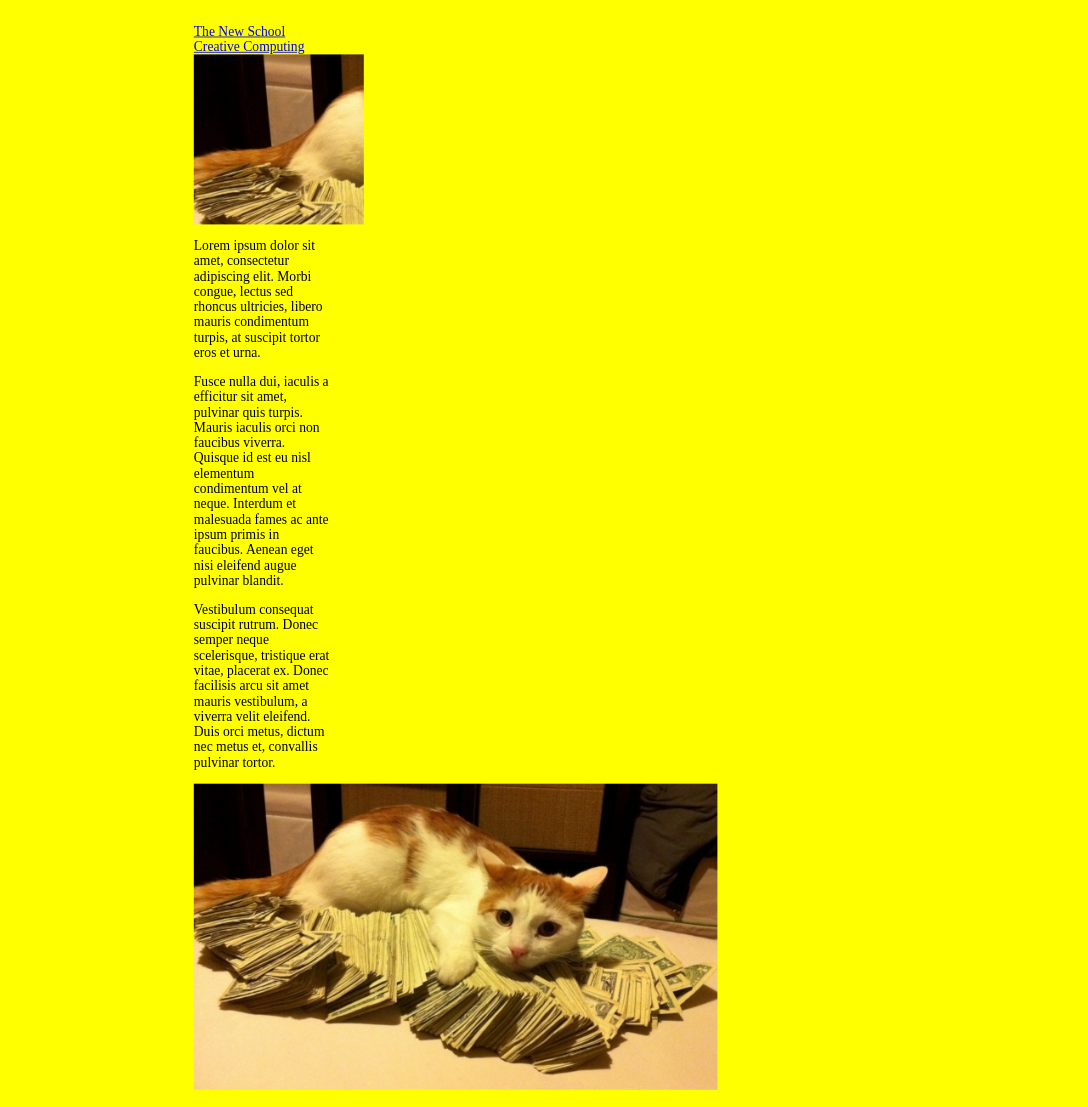
Repository: Djiun/djiun.github.io
Page: index.html
The author's editor kept a record of every edit. The page is drawn from the files as they stood at one moment, then again after the next edit.
The browser window is 1280 px wide. The pictures show the whole page, at 85% of full size.

Above is the page before.

### index.html
<html>
	<head>
		<title>Hello, world.</title>
		<link href="column.css" rel="stylesheet">
	</head>

	<body>

	<div class="wrapper">
		<div class= "column".


		</div>

	<a href="http://newschool.edu">The New School</a>

	<a href="http://creativecomputing.me">Creative Computing</a>

	<div class="one">


	</div>
	<div class="sprite"></div>

		<p>Lorem ipsum dolor sit amet, consectetur adipiscing elit. Morbi congue, lectus sed rhoncus ultricies, libero mauris condimentum turpis, at suscipit tortor eros et urna. </p>
		<p class="paragraph2">Fusce nulla dui, iaculis a efficitur sit amet, pulvinar quis turpis. Mauris iaculis orci non faucibus viverra. Quisque id est eu nisl elementum condimentum vel at neque. Interdum et malesuada fames ac ante ipsum primis in faucibus. Aenean eget nisi eleifend augue pulvinar blandit.</p>
		<p>Vestibulum consequat suscipit rutrum. Donec semper neque scelerisque, tristique erat vitae, placerat ex. Donec facilisis arcu sit amet mauris vestibulum, a viverra velit eleifend. Duis orci metus, dictum nec metus et, convallis pulvinar tortor. </p>

		<img src="cashcat.jpg">
	</body>
</html>

### column.css
body {
        background-color: yellow;
}

.canvas {
    width: 300px;
    height: 600px;
    background-color: black;
}

.box {
    width: 20px;
    height: 100px;
    background-color: yellow;
    position: absolute;
    top: 40px;
    right: 20px;
}

.circle {
    width: 100px;
    height: 100px;
    border-radius: 100%;
    background-color: red;
    position: absolute;
    top: 100px;
    left: 200px;
}

.sprite {
        width: 200px;
        height: 200px;
        background-image: url(cashcat.jpg);
        background-repeat: no-repeat;
        display: block;
        text-indent: 100%;
        white-space: nowrap;
}

.sprite:hover {
        background-position: -200px 0;
}

.sprite:active {
        background-position: -400px;
}

.wrapper {
        width: 400px;
}

.column {
    width: 160px;
    padding: 20px;
    float: right;
}

After the next edit:
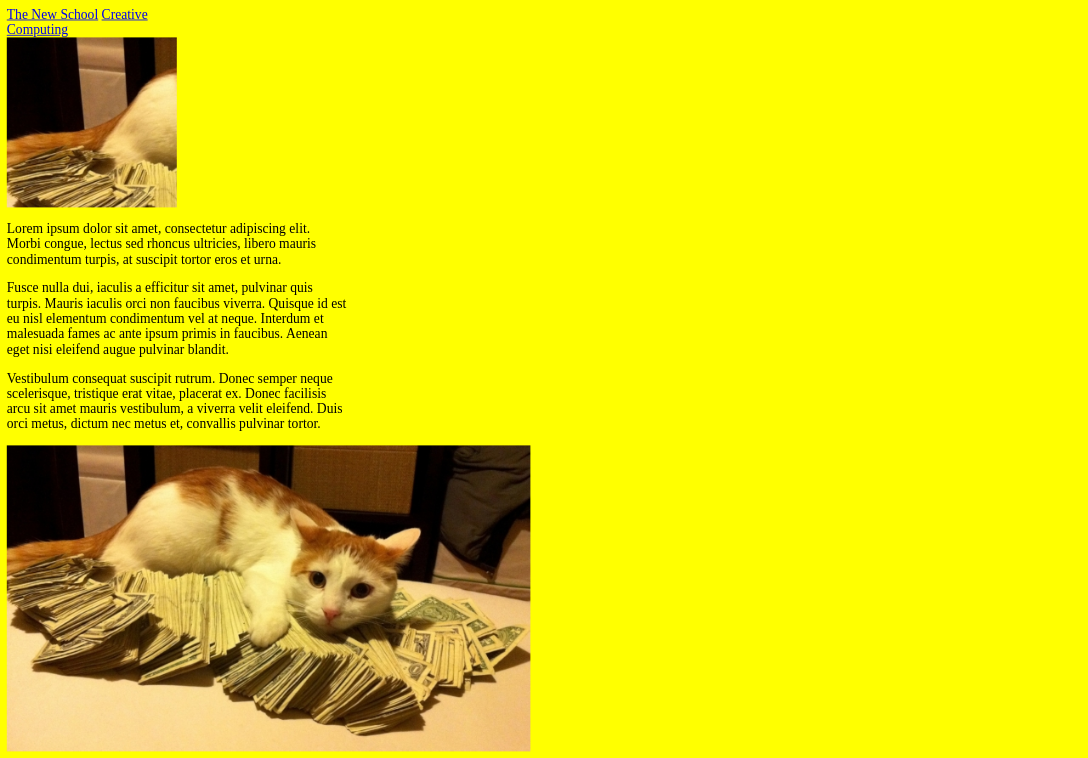
The edit:
--- a/index.html
+++ b/index.html
@@ -6,8 +6,8 @@
 
 	<body>
 
-	<div class="wrapper">
-		<div class= "column".
+<div class="wrapper">
+		<div class= "column">
 
 
 		</div>

After the edit that followed:
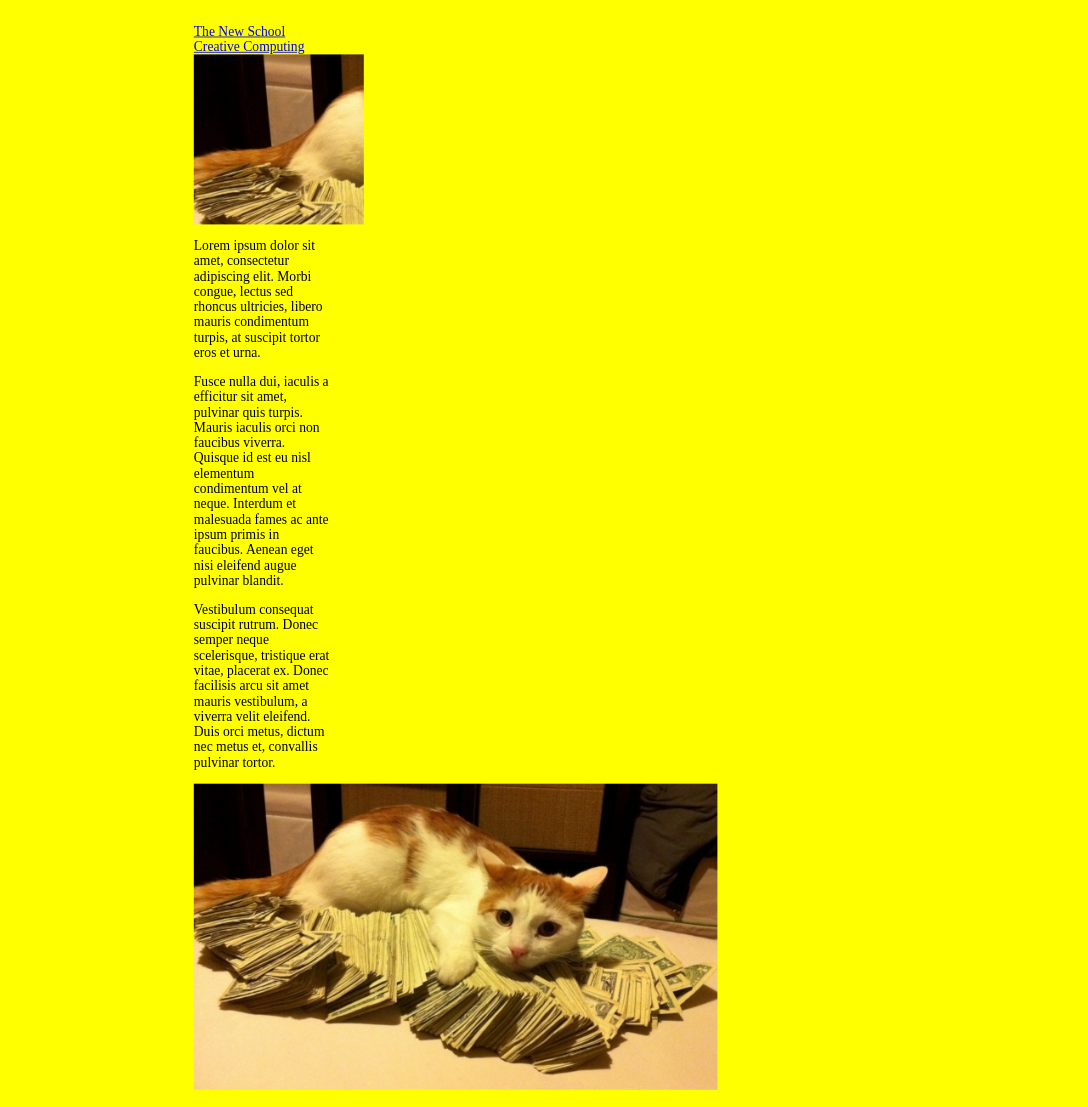
The edit:
--- a/index.html
+++ b/index.html
@@ -10,7 +10,7 @@
 		<div class= "column">
 
 
-		</div>
+
 
 	<a href="http://newschool.edu">The New School</a>
 
